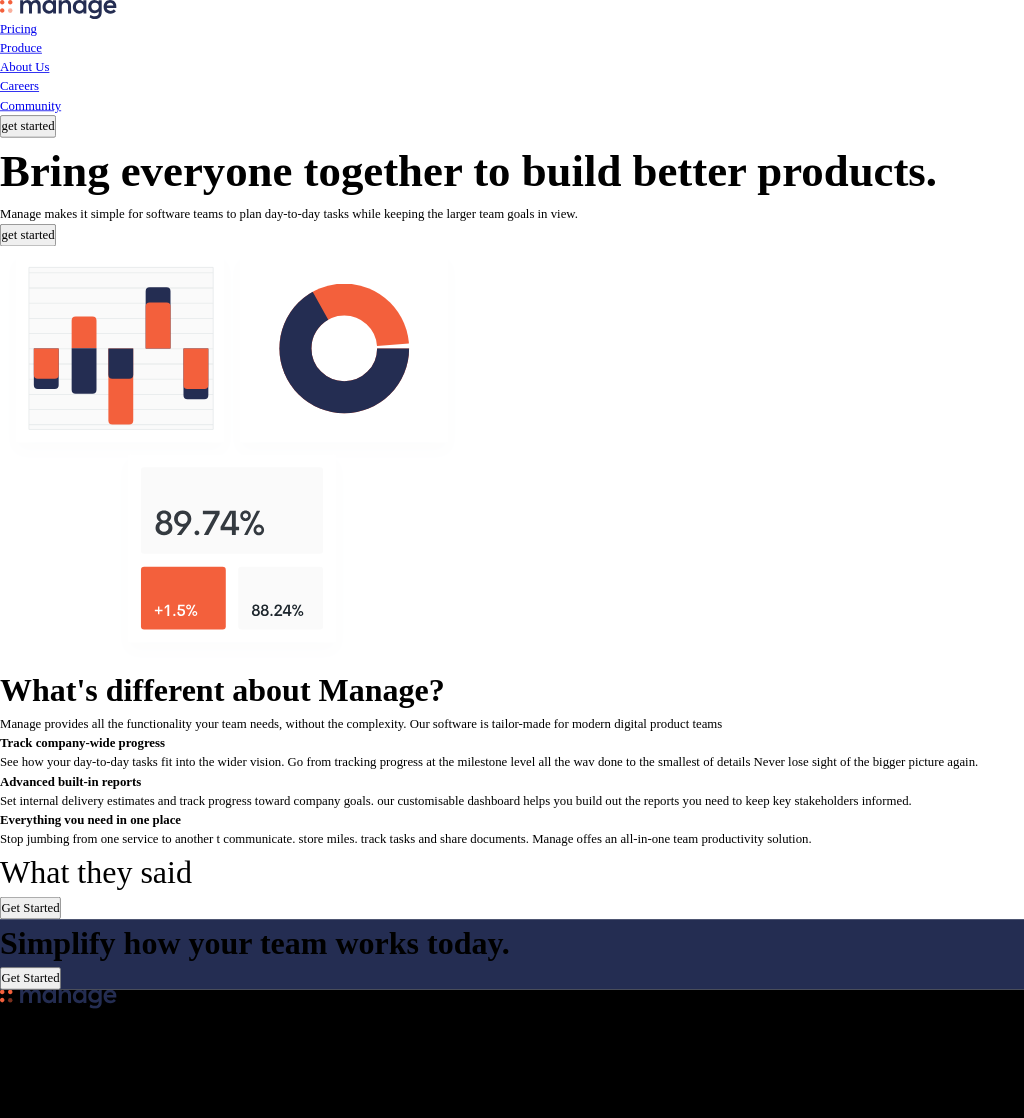
Repository: anthonybrown/website-practice
Page: index.html
These files come from the project's save history. The page is drawn as it stood at one moment and after the next save; the edit follows.
The browser window is 1280 px wide. The pictures show the whole page, at 80% of full size.

Above is the page before, as saved 2023-04-18 13:59:00.

After the next save:
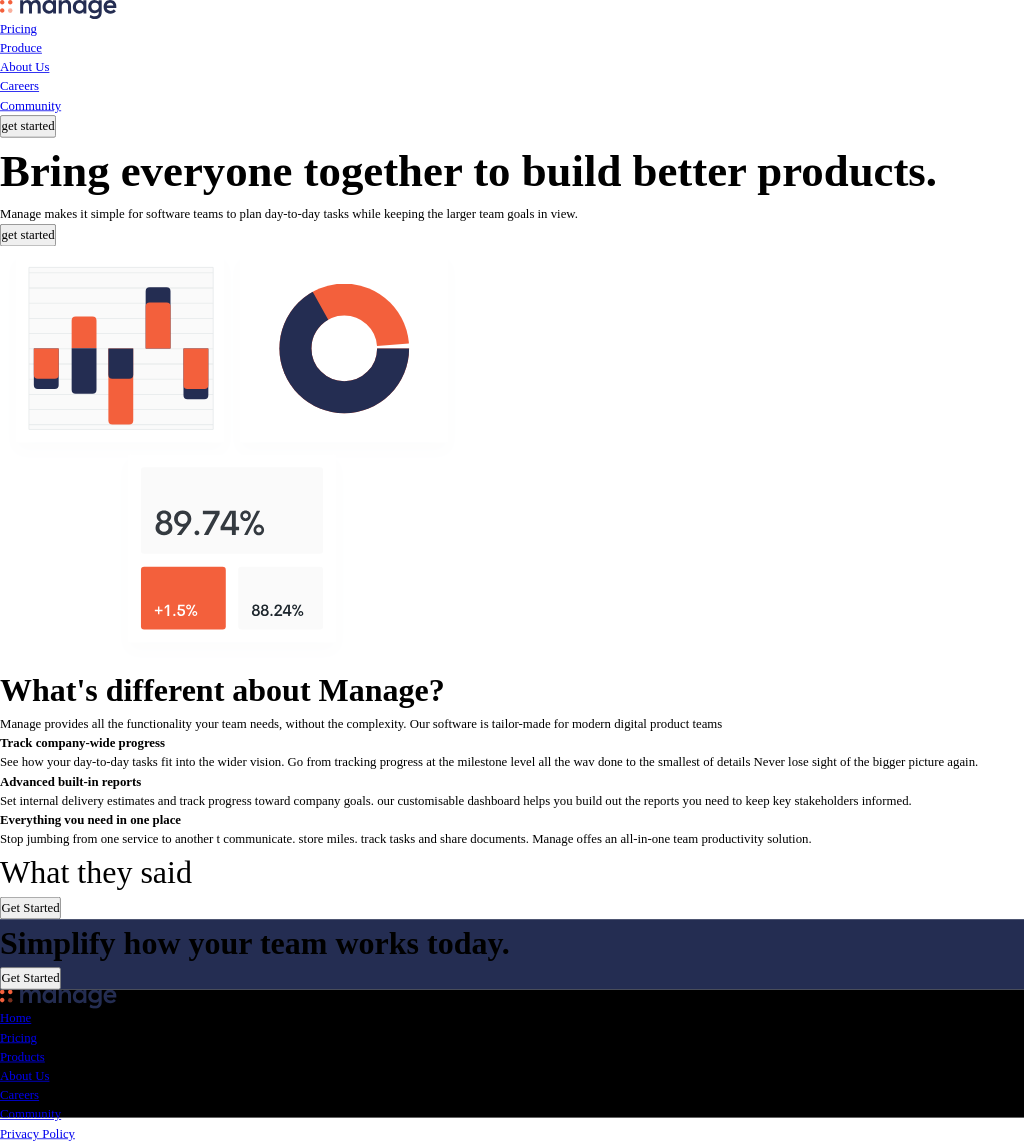
Saved 91 s later.
--- a/index.html
+++ b/index.html
@@ -129,12 +129,13 @@
         <div>
           <nav class="footer-nav">
             <ul aria-label="Footer" role="list">
-              <li><a href="#"></a></li>
-              <li><a href="#"></a></li>
-              <li><a href="#"></a></li>
-              <li><a href="#"></a></li>
-              <li><a href="#"></a></li>
-              <li><a href="#"></a></li>
+              <li><a href="#">Home</a></li>
+              <li><a href="#">Pricing</a></li>
+              <li><a href="#">Products</a></li>
+              <li><a href="#">About Us</a></li>
+              <li><a href="#">Careers</a></li>
+              <li><a href="#">Community</a></li>
+              <li><a href="#">Privacy Policy</a></li>
               <li><a href="#"></a></li>
             </ul>
           </nav>
